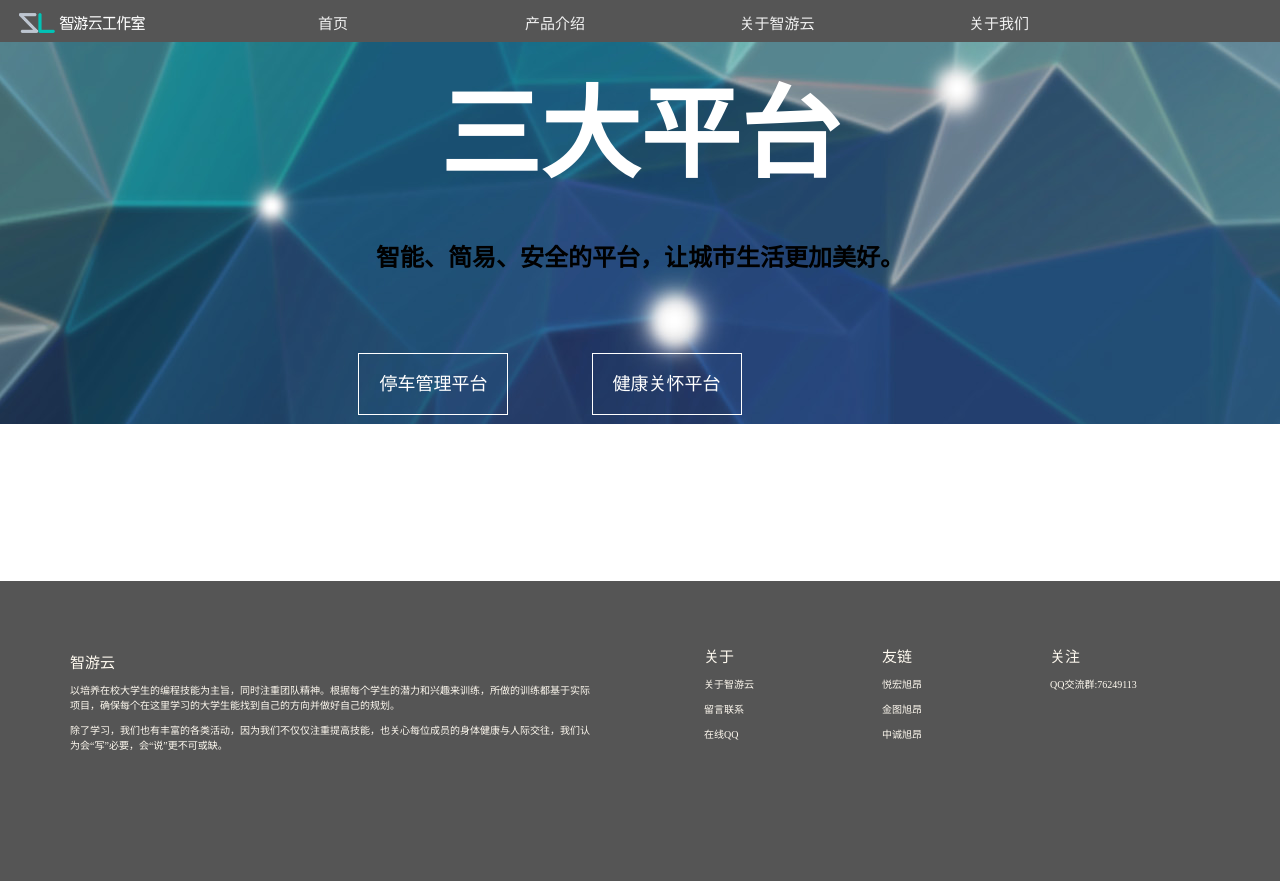
Repository: dakai1234/webTest
Page: 智游云1/product/product.html
The author's editor kept a copy of each file at every save. The page is drawn from the files as they stood at one save, then again after the next save.
The browser window is 1280 px wide. The pictures show the whole page.

Above is the page before, as saved 2021-04-11 12:58:00.

After the next save:
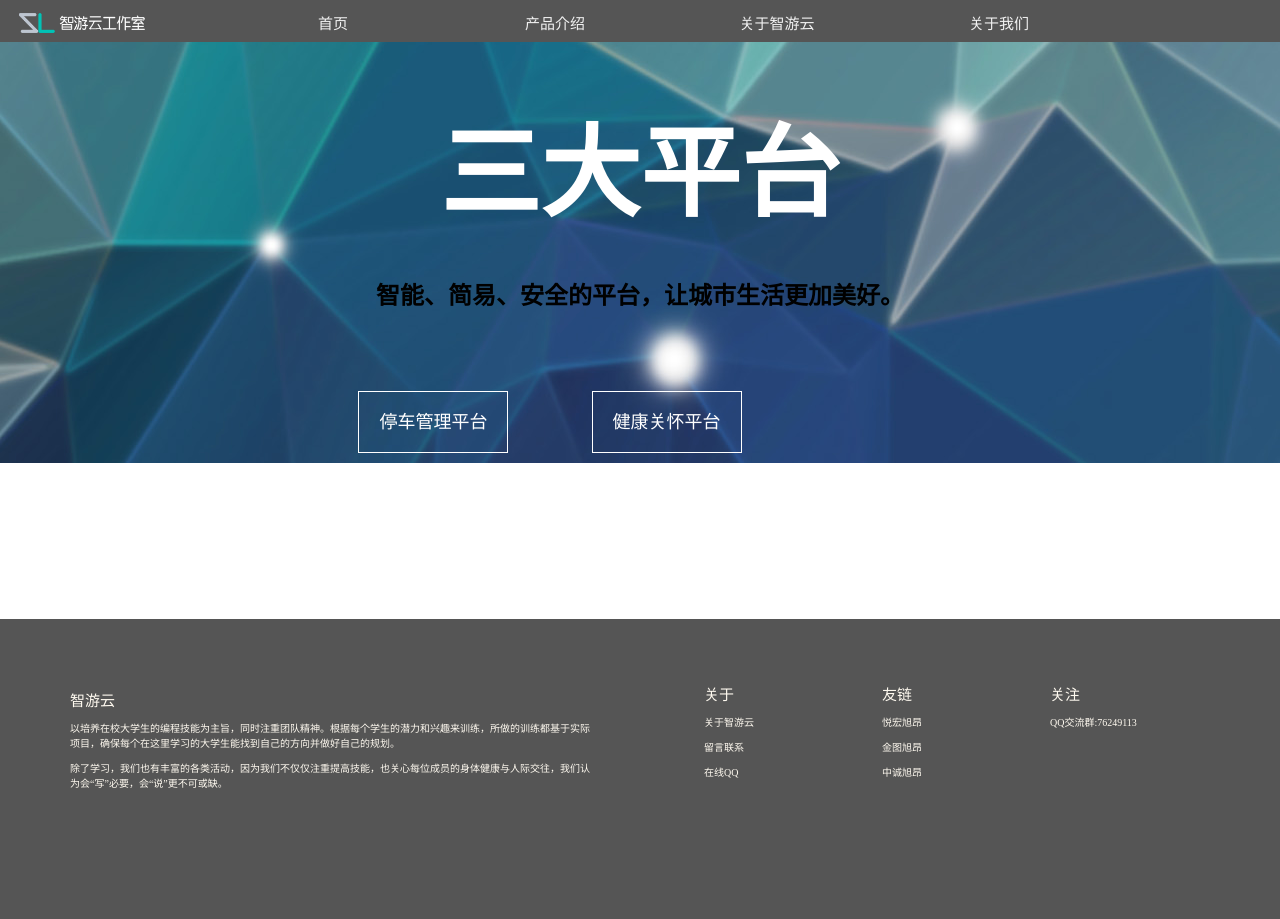
Saved 32 s later.
--- a/智游云1/product/product.css
+++ b/智游云1/product/product.css
@@ -10,7 +10,7 @@
 .billboard h1 {
     color: #fff;
     padding-top: 80px;
-    margin-bottom: 3%;
+    margin: 3%;
     font-size: 100px;
 }
 
